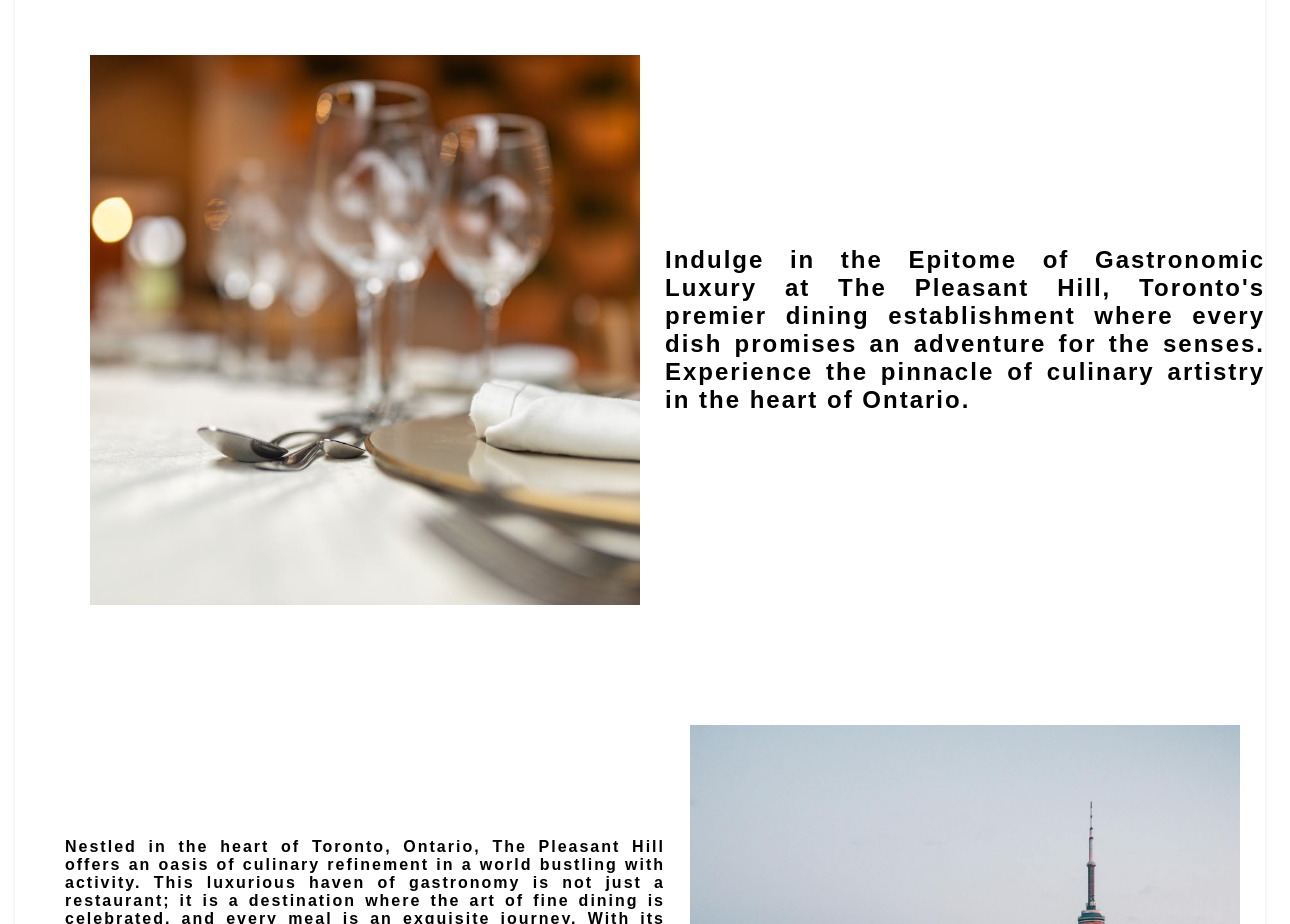
Repository: shayanabedi98/pleasant-hill-restaurant
Page: /
The author's editor kept a copy of each file at every save. The page is drawn from the files as they stood at one save, then again after a run of saves.
The browser window is 1280 px wide. The page is 1290 px wide, so the pictures cover 1290 px, including what lies to the right of the window. The pictures show the part of the page from y = 1115 to 2039 px (the page is 2580 px tall).
Backgrounds fixed to the window are drawn as part of the page. Some web fonts or font styles are not loaded; a fallback is used. The project was rebuilt for these pictures with package versions that can differ from the ones it lists, and the page was loaded fresh each time. Also part of the build but not shown: vite.config.js, src/components/Contact.jsx, src/components/MenuList.jsx, src/components/Appetizers.jsx, src/components/Entrees.jsx, src/components/Desserts.jsx, src/components/Drinks.jsx, src/components/Menu.jsx and 1 more.

Above is the page before, as saved 2023-12-27 19:01:41.

After the next 2 saves:
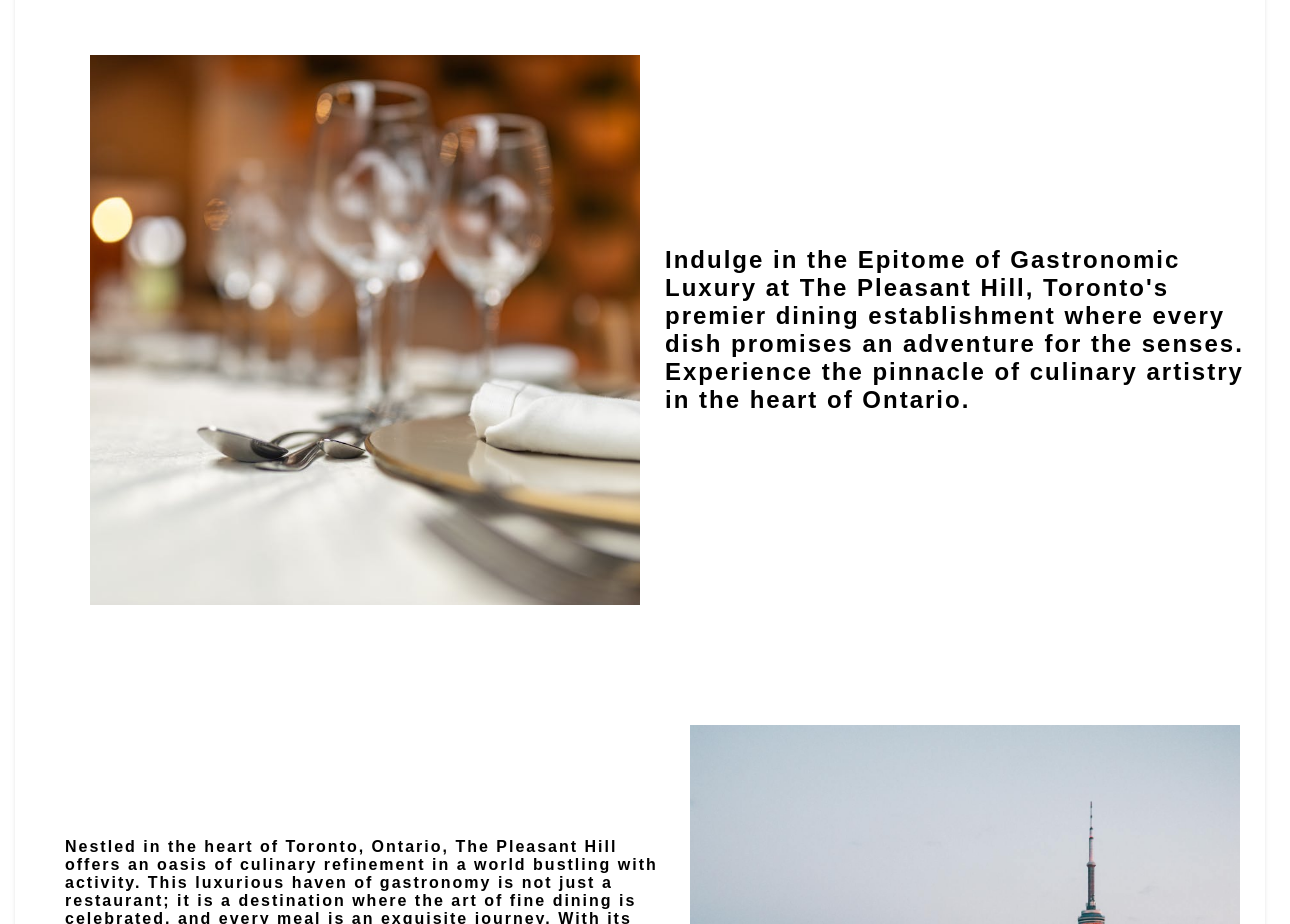
The 2 saves are shown as one change because they came seconds apart.
The last was saved 10 s later.
--- a/src/App.css
+++ b/src/App.css
@@ -90,7 +90,7 @@ body {
   width: 1200px;
   margin: 70px auto;
   padding: 25px;
-  text-align: justify;
+  text-align: start;
 }
 
 .about1, .about2 {
